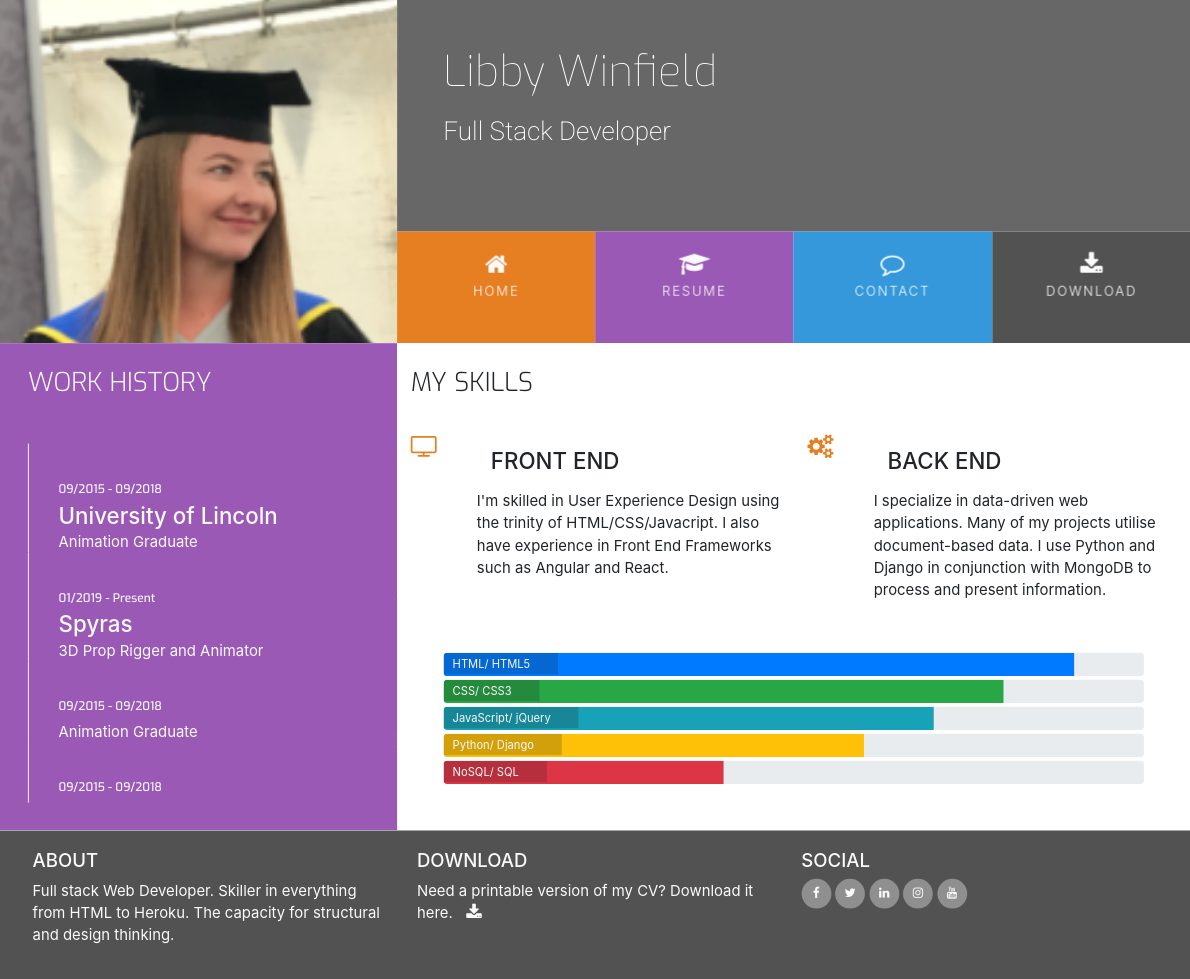
Repository: LibbyWin/CV
Page: resume.html
The author's editor kept a record of every edit. The page is drawn from the files as they stood at one moment, then again after the next edit.
The browser window is 1280 px wide. The pictures show the whole page, at 93% of full size.

Above is the page before.

After the next edit:
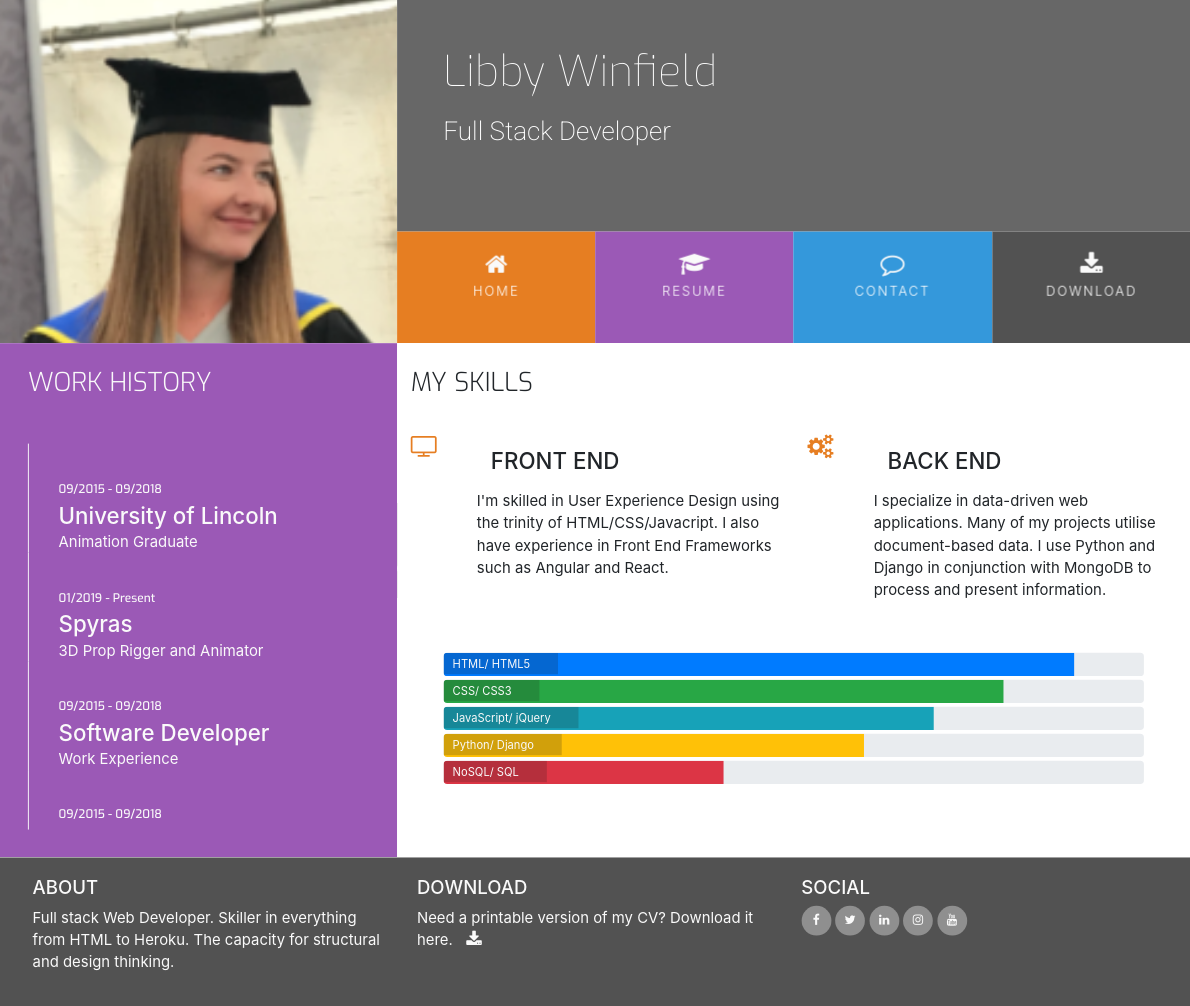
The edit:
--- a/resume.html
+++ b/resume.html
@@ -73,8 +73,8 @@
                 </div>
 
                 <div class="timeline-item" data-dates="09/2015 - 09/2018">
-                    <h4></h4>
-                    <p>Animation Graduate</p>
+                    <h4>Software Developer</h4>
+                    <p>Work Experience</p>
                 </div>
                 <div class="timeline-item" data-dates="09/2015 - 09/2018">
                     <h4></h4>
